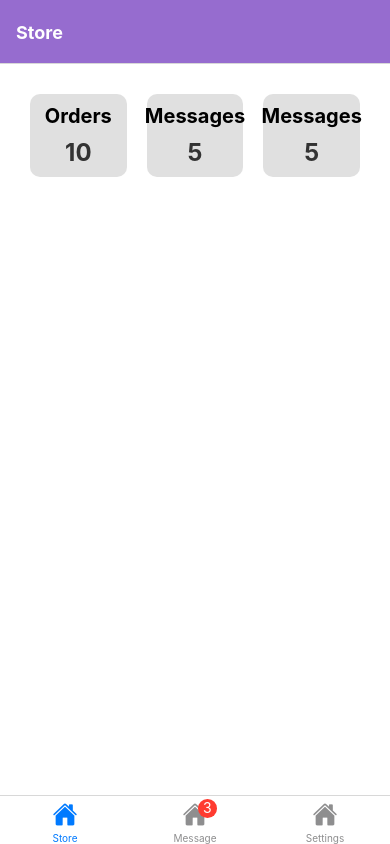
Repository: Waikato153/AwesomeProject
Screen: /
The author's editor kept a copy of each file at every save. The screen is drawn from the files as they stood at one save, then again after the next save.
The app was drawn by React Native's web renderer in a window 390 px wide. The project was rebuilt for these pictures with package versions that can differ from the ones it lists, and the page was loaded fresh each time.

Above is the screen before, as saved 2024-02-28 17:18:19.

After the next save:
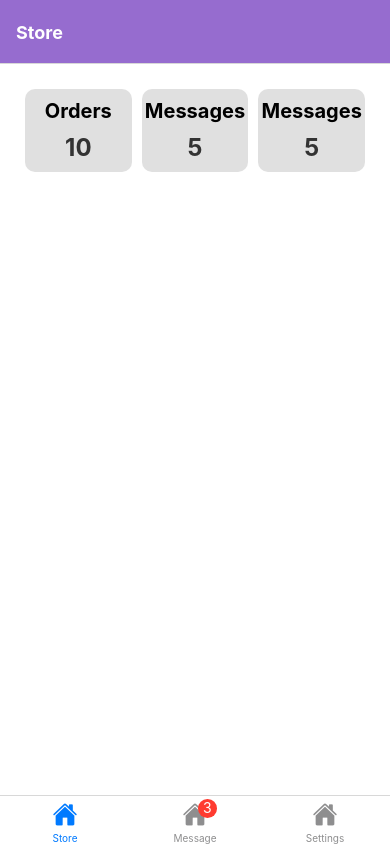
Saved 9 s later.
--- a/screens/HomeScreen.js
+++ b/screens/HomeScreen.js
@@ -38,7 +38,7 @@ const styles = StyleSheet.create({
     backgroundColor: '#e0e0e0',
     borderRadius: 10,
     padding: 10,
-    margin: 10,
+    margin: 5,
   },
   title: {
     fontSize: 20,

After the save that followed:
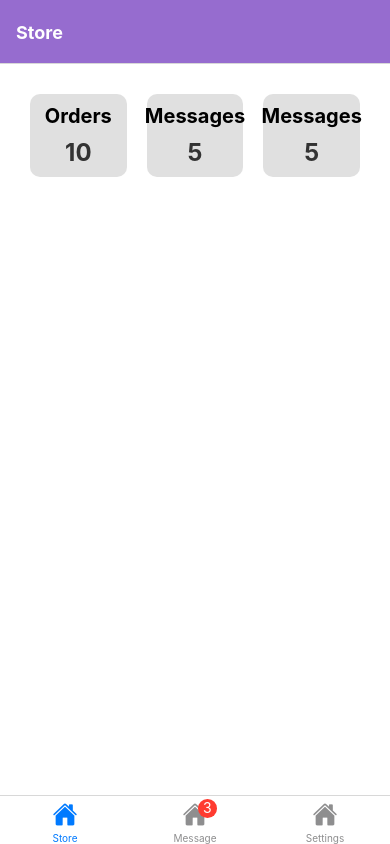
Saved 6 s later.
--- a/screens/HomeScreen.js
+++ b/screens/HomeScreen.js
@@ -38,7 +38,7 @@ const styles = StyleSheet.create({
     backgroundColor: '#e0e0e0',
     borderRadius: 10,
     padding: 10,
-    margin: 5,
+    margin: 10,
   },
   title: {
     fontSize: 20,
